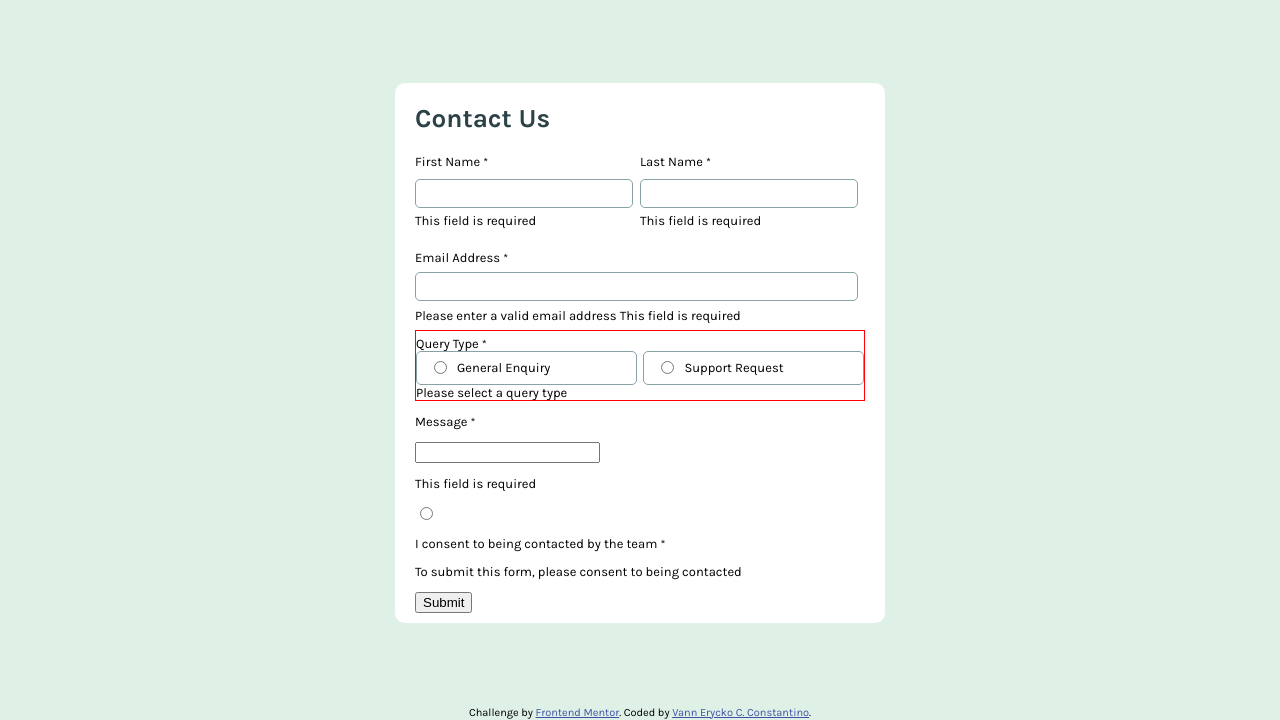
Repository: kocokoy/contact-form
Page: contact-form-main/index.html
An editor plug-in stored every save of this project. The page is shown before and after a run of saves, followed by the edit.
The browser window is 1280 px wide. The pictures show the whole page.

Above is the page before, as saved 2024-10-24 10:20:36.

After the next 2 saves:
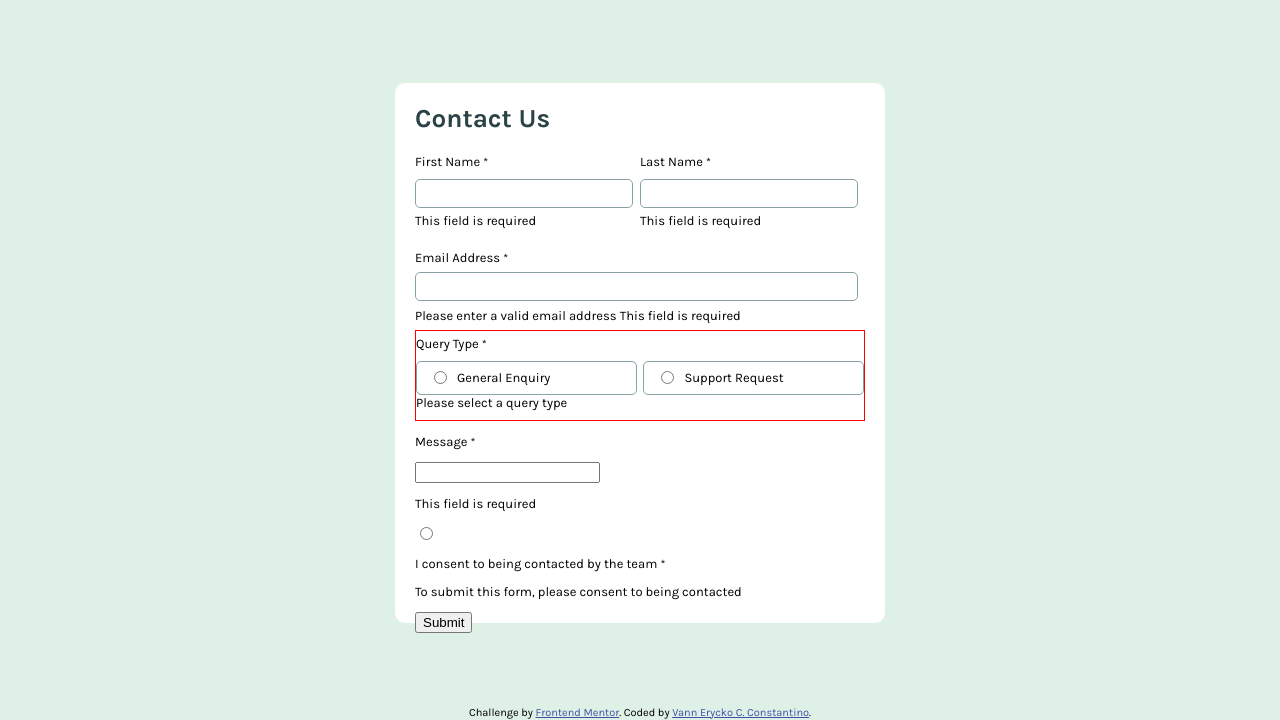
The 2 saves are shown as one change because they came seconds apart.
The last was saved 16 s later.
--- a/contact-form-main/styles/style.css
+++ b/contact-form-main/styles/style.css
@@ -96,7 +96,7 @@ span {
 }
 
 .query-type-section p{
-  padding: 0;
+  padding-bottom: 10px;
   margin: 0;
 }
 
